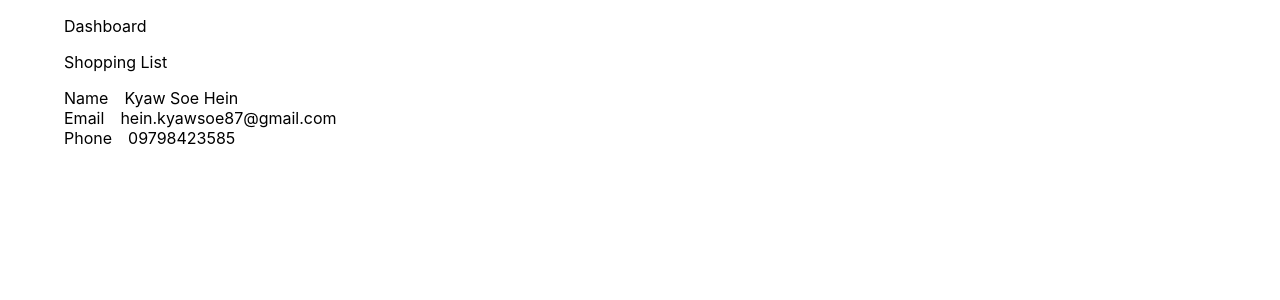
Repository: KyawSoeHein/GoogleAuthReact
Page: /
These files come from the project's save history. The page is drawn as it stood at one moment and after a run of saves; the edit follows.
The browser window is 1280 px wide. The pictures show the whole page.
The project was rebuilt for these pictures with package versions that can differ from the ones it lists, and the page was loaded fresh each time. Also part of the build but not shown: src/App.css.

Above is the page before, as saved 2022-02-14 19:03:06.

### src/index.tsx
import React from "react";
import ReactDOM from "react-dom";
import "./index.css";
import App from "./App";
import Dashboard from "./View/Dashboard";
import reportWebVitals from "./reportWebVitals";

ReactDOM.render(
  <React.StrictMode>
    <Dashboard />
  </React.StrictMode>,
  document.getElementById("root")
);

// If you want to start measuring performance in your app, pass a function
// to log results (for example: reportWebVitals(console.log))
// or send to an analytics endpoint. Learn more: https://bit.ly/CRA-vitals
reportWebVitals();

### src/View/Dashboard.tsx
import React from "react";
import { Container, Grid, Stack } from "@mui/material";
import MenuSelection from "../Components/MenuSelection";

const Dashboard = () => {
  return (
    <Grid>
      <Container>
        <MenuSelection />

        <Stack direction={"row"} spacing={2}>
          <div>Name</div>
          <div>Kyaw Soe Hein</div>
        </Stack>

        <Stack direction={"row"} spacing={2}>
          <div>Email</div>
          <div>hein.kyawsoe87@gmail.com</div>
        </Stack>

        <Stack direction={"row"} spacing={2}>
          <div>Phone</div>
          <div>09798423585</div>
        </Stack>
      </Container>
    </Grid>
  );
};

export default Dashboard;

### src/Components/MenuSelection.tsx
import React from "react";
import { Container, Grid, Paper, Stack } from "@mui/material";
import "../App.css";

const MenuSelection = () => {
  return (
    <div>
      <p>Dashboard</p>
      <p>Shopping List</p>
    </div>
  );
};

export default MenuSelection;

Loaded but not shown: public/index.html (common file); src/index.css (common file); src/reportWebVitals.ts (common file)

After the next 2 saves:
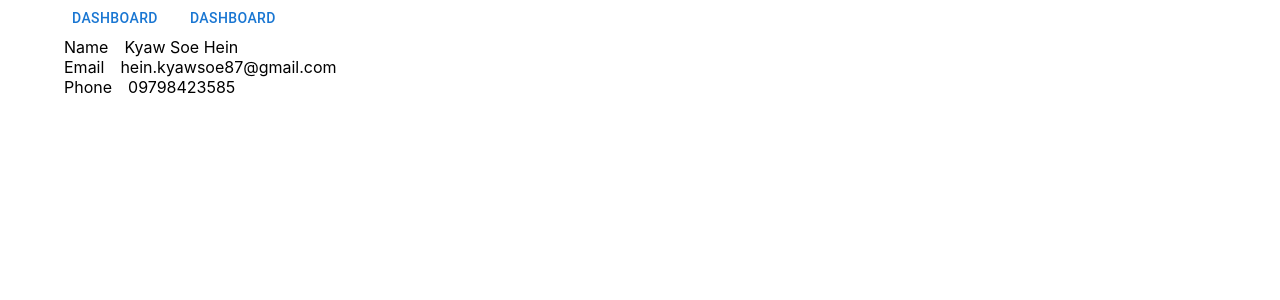
The 2 saves are shown as one change because they came seconds apart.
The last was saved 2 min 29 s later.
--- a/src/Components/MenuSelection.tsx
+++ b/src/Components/MenuSelection.tsx
@@ -1,13 +1,13 @@
 import React from "react";
-import { Container, Grid, Paper, Stack } from "@mui/material";
+import { Button, Stack } from "@mui/material";
 import "../App.css";
 
 const MenuSelection = () => {
   return (
-    <div>
-      <p>Dashboard</p>
-      <p>Shopping List</p>
-    </div>
+    <Stack direction={"row"} spacing={2}>
+      <Button>Dashboard</Button>
+      <Button>Dashboard</Button>
+    </Stack>
   );
 };
 
